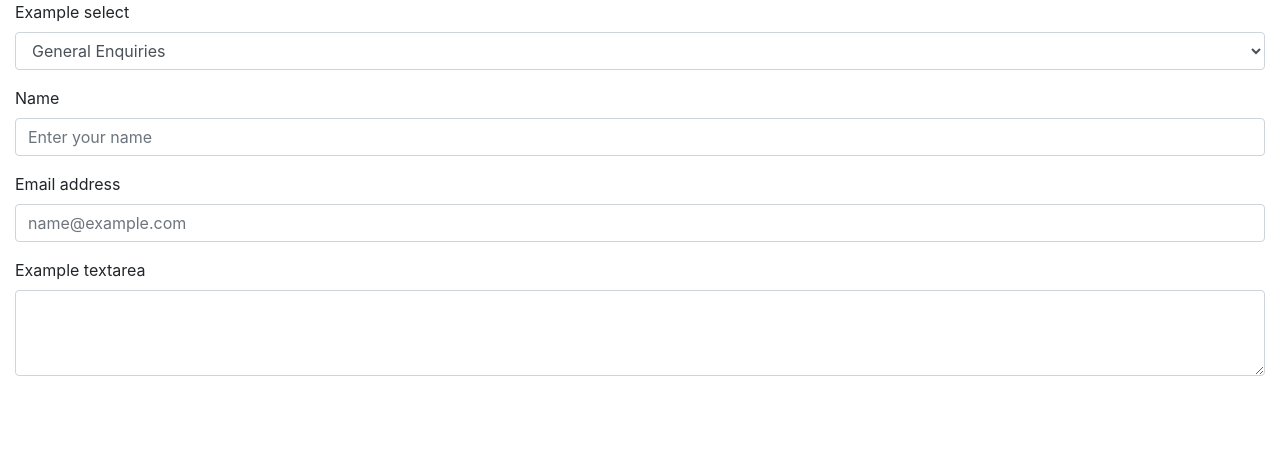
Repository: Code-Institute-Submissions/Jasonngyt-Project1
Page: enquiry.html
The author's editor kept a record of every edit. The page is drawn from the files as they stood at one moment, then again after the next edit.
The browser window is 1280 px wide. The pictures show the whole page.
Some web libraries are served in a nearby version.

Above is the page before.

After the next edit:
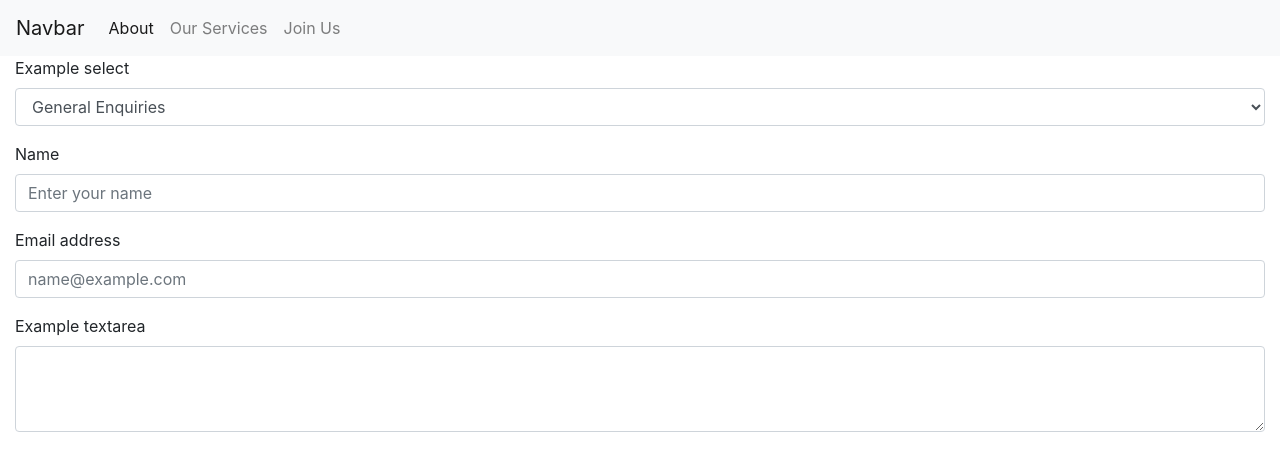
The edit:
--- a/enquiry.html
+++ b/enquiry.html
@@ -13,6 +13,28 @@
     <script src="https://kit.fontawesome.com/749eb0769b.js"></script>
 </head>
 <body>
+
+    <!-- Navbar -->
+    <nav class="navbar navbar-expand-lg navbar-light bg-light">
+        <a class="navbar-brand" href="#">Navbar</a>
+        <button class="navbar-toggler" type="button" data-toggle="collapse" data-target="#navbarSupportedContent">
+            <span class="navbar-toggler-icon"></span>
+        </button>
+
+        <div class="collapse navbar-collapse" id="navbarSupportedContent">
+            <ul class="navbar-nav mr-auto">
+                <li class="nav-item active">
+                    <a class="nav-link" href="#">About <span class="sr-only">(current)</span></a>
+                </li>
+                <li class="nav-item">
+                    <a class="nav-link" href="services.html">Our Services</a>
+                </li>
+                <li class="nav-item">
+                    <a class="nav-link" href="enquiry.html" tabindex="-1">Join Us</a>
+                </li>
+            </ul>
+        </div>
+    </nav>
 
     <!-- Form -->
     <div class="container col-sm-12">
